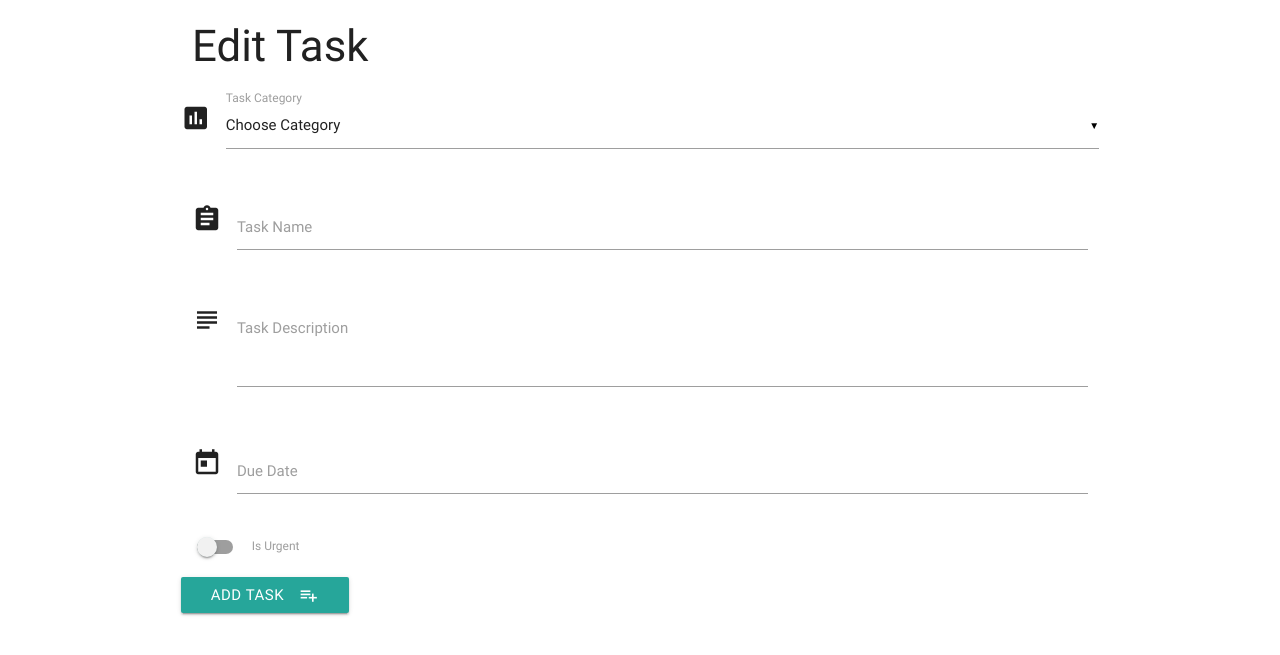
Repository: cesole/task_manager
Page: templates/edittask.html
The author's editor kept a record of every edit. The page is drawn from the files as they stood at one moment, then again after the next edit.
The browser window is 1280 px wide. The pictures show the whole page.
Some web libraries are served in a nearby version. The page is served by the project's application, run on Flask 3 (app.py). The template is opened directly, without the code that normally fills it, so the values that code supplies are empty.

Above is the page before.
Console error: TypeError: Cannot read properties of null (reading 'addEventListener')

### templates/edittask.html
{% extends 'base.html'%} {% block content %}

<h3>Edit Task</h3>
<div class="row">
    <form action="{{ url_for('edit_task', task_id=task._id) }}" method="POST"  class="col s12">
        <div class="row">
            <div class="row">
                <div class="input-field col s12">
                    <i class="material-icons prefix">poll</i>
                    <select id="category" name="category_name">
                  <option value="" disabled selected>Choose Category</option>
                  {% for cat in categories %}
                      <option value="{{cat.category_name}}">{{cat.category_name}}</option>
                  {% endfor %}
                </select>
                    <label>Task Category</label>
                </div>
            </div>
            <div class="input-field col s12">
                <i class="material-icons prefix">assignment</i>
                <input id="task_name" name="task_name" type="text">
                <label for="icon_prefix">Task Name</label>
            </div>
        </div>
        <div class="row">
            <div class="input-field col s12">
                <i class="material-icons prefix">subject</i>
                <textarea name="task_description" id="task_description" class="materialize-textarea"></textarea>
                <label for="icon_telephone">Task Description</label>
            </div>
        </div>
        <div class="row">
            <div class="input-field col s12">
                <i class="material-icons prefix">today</i>
                <input id="due_date" name="due_date" type="text" class="datepicker">
                <label for="icon_prefix">Due Date</label>
            </div>
        </div>
        <div class="row">
            <div class="switch">
                <label>
                  <input id="is_urgent" name="is_urgent" type="checkbox">
                  <span class="lever"></span>
                  Is Urgent
                </label>
            </div>
        </div>
        <div class="row">
            <button class="btn waves-effect waves-light" type="submit" name="action">Add Task
                <i class="material-icons right">playlist_add</i>
             </button>
        </div>
    </form>
</div>
{% endblock %}

### templates/base.html
<!DOCTYPE html>
<html>

<head>
    <link href="https://fonts.googleapis.com/icon?family=Material+Icons" rel="stylesheet">
    <link rel="stylesheet" href="https://cdnjs.cloudflare.com/ajax/libs/materialize/0.100.2/css/materialize.min.css">
    <link rel="stylesheet" href="{{url_for('static', filename='css/style.css')}}" type="text/css" />
</head>

<body>
    <div class="container">
    {% block content %} {% endblock %}
    </div>

    <script src="https://cdnjs.cloudflare.com/ajax/libs/jquery/3.2.1/jquery.min.js"></script>
    <script src="https://cdnjs.cloudflare.com/ajax/libs/materialize/0.100.2/js/materialize.min.js"></script>
    <script type="text/javascript">
        $(document).ready(function() {
            $('.collapsible').collapsible();
            $('select').material_select();
            $('select').formSelect();
        });

        $('.datepicker').pickadate({
            selectMonths: true, // Creates a dropdown to control month
            selectYears: 15, // Creates a dropdown of 15 years to control year,
            today: 'Today',
            clear: 'Clear',
            close: 'Ok',
            closeOnSelect: false // Close upon selecting a date,
        });

        document.getElementById("matfix").addEventListener("click", function(e) {
	e.stopPropagation();
});
    </script>
</body>

</html>

### app.py
import os
from flask import Flask, render_template, redirect, request, url_for
from flask_pymongo import PyMongo
from bson.objectid import ObjectId

app = Flask(__name__)
app.config["MONGO_DBNAME"] = 'task_manager'
app.config["MONGO_URI"] = os.getenv('MONGO_URI', 'mongodb://localhost')

mongo = PyMongo(app)


@app.route('/')
@app.route('/get_tasks')
def get_tasks():
    _tasks = mongo.db.tasks.find()
    task_list = [task for task in _tasks]
    return render_template("tasks.html", tasks=mongo.db.tasks.find())


@app.route('/add_task')
def add_task():
    _categories = mongo.db.categories.find()
    category_list = [category for category in _categories]
    return render_template('addtask.html', categories=mongo.db.categories.find())


@app.route('/insert_task', methods=['POST'])
def insert_task():
    tasks = mongo.db.tasks
    tasks.insert_one(request.form.to_dict())
    return redirect(url_for('get_tasks'))

@app.route('/edit_task/<task_id>')
def edit_task(task_id):
    the_task =  mongo.db.tasks.find_one({"_id": ObjectId(task_id)})
    all_categories =  mongo.db.categories.find()
    return render_template('edittask.html', task=the_task,
                           categories=all_categories)

if __name__ == '__main__':
    app.run(host=os.environ.get('IP'),
            port=int(os.environ.get('PORT')),
            debug=True)

Loaded but not shown: static/css/style.css (common file)

After the next edit:
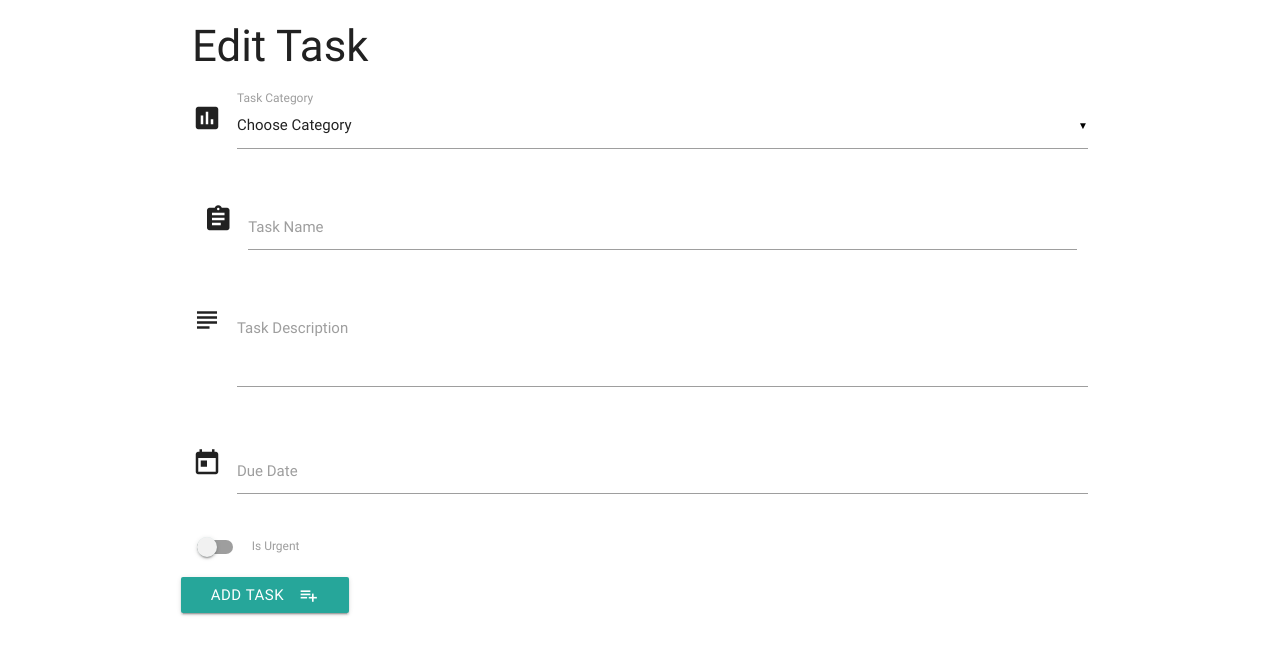
The edit:
--- a/templates/edittask.html
+++ b/templates/edittask.html
@@ -3,11 +3,10 @@
 <h3>Edit Task</h3>
 <div class="row">
     <form action="{{ url_for('edit_task', task_id=task._id) }}" method="POST"  class="col s12">
-        <div class="row">
-            <div class="row">
-                <div class="input-field col s12">
-                    <i class="material-icons prefix">poll</i>
-                    <select id="category" name="category_name">
+         <div class="row">
+            <div class="input-field col s12">
+                <i class="material-icons prefix">poll</i>
+                <select id="category" name="category_name">
                   <option value="" disabled selected>Choose Category</option>
                   {% for cat in categories %}
                       <option value="{{cat.category_name}}">{{cat.category_name}}</option>
